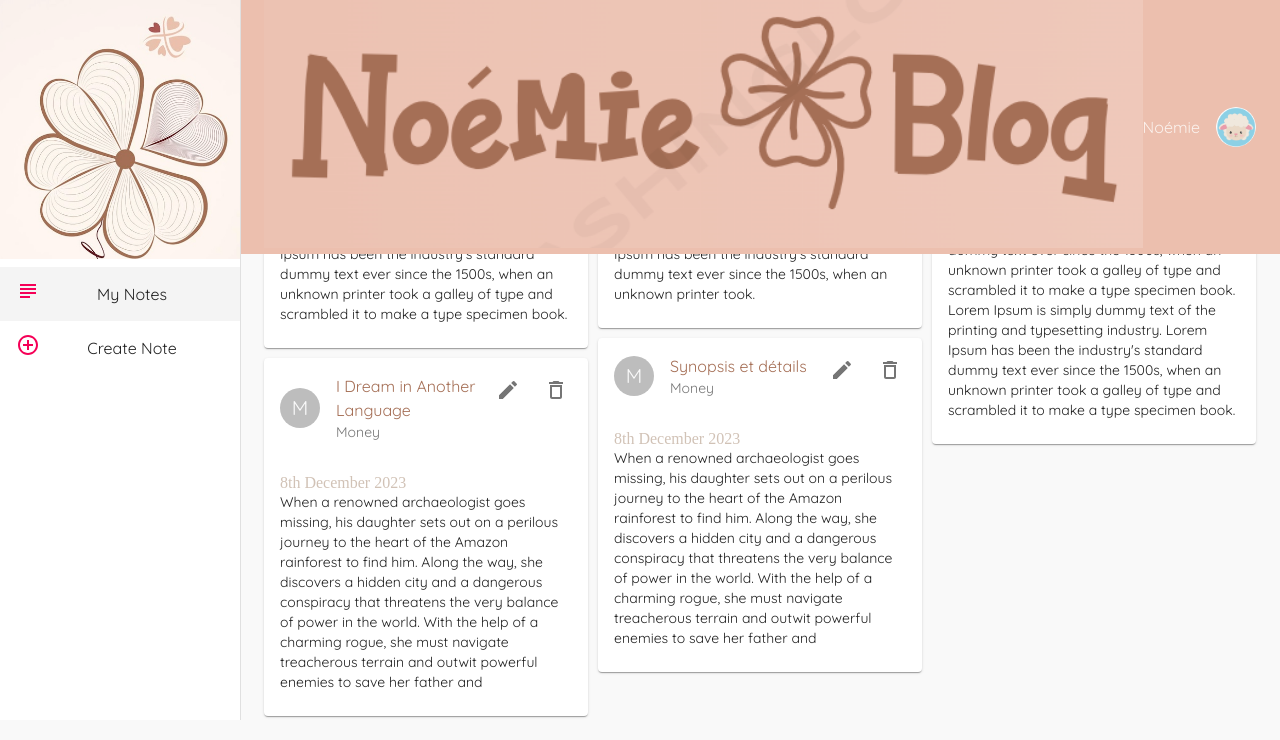
Repository: noemiepham/noemieblognote
Page: /
The author's editor kept a copy of each file at every save. The page is drawn from the files as they stood at one save, then again after the next save.
The browser window is 1280 px wide. The pictures show the whole page.
The project was rebuilt for these pictures with package versions that can differ from the ones it lists, and the page was loaded fresh each time. Requests to the local data server were answered from the project's data file. Also part of the build but not shown: src/pages/Create.js.

Above is the page before, as saved 2023-12-08 16:48:19.

After the next save:
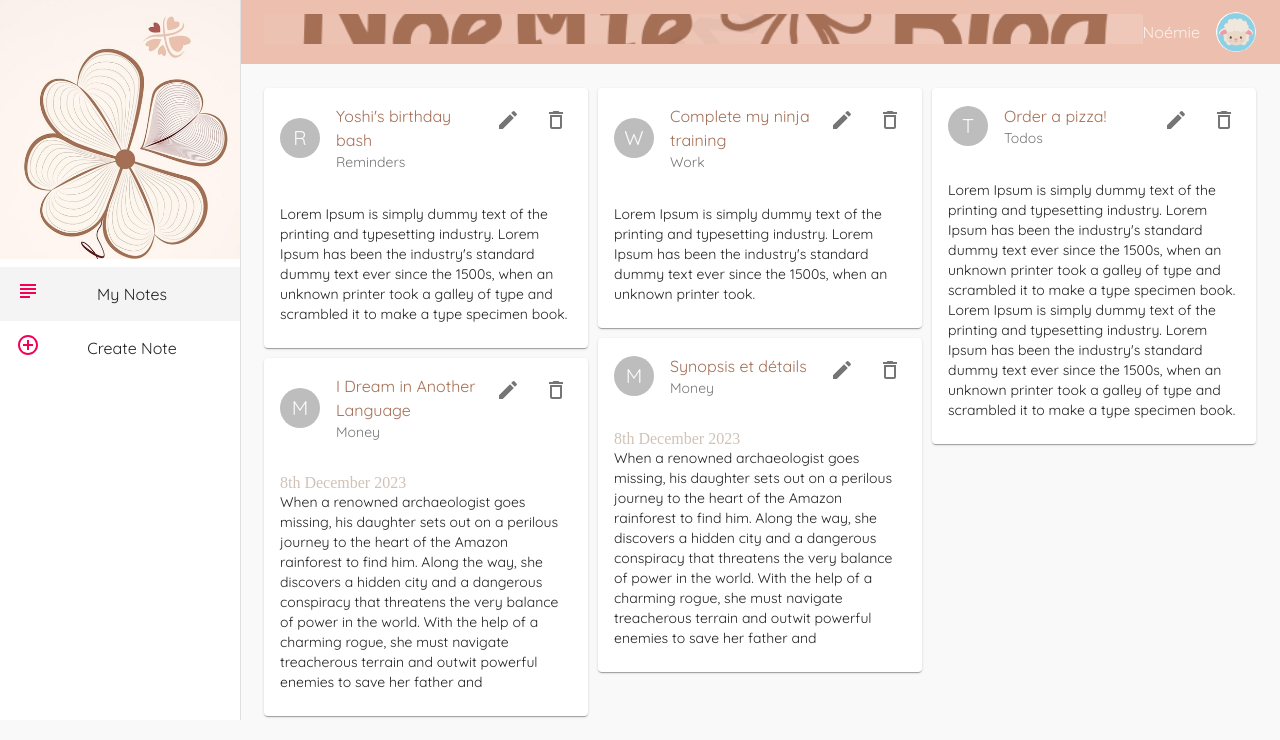
Saved 25 s later.
--- a/src/index.css
+++ b/src/index.css
@@ -37,7 +37,10 @@
      object-fit: cover;
 }
 
-
+.slogan {
+     width: 100%;
+     height: 30px;
+}
 
 header.MuiPaper-root.MuiAppBar-root.MuiAppBar-positionFixed.MuiAppBar-colorPrimary.makeStyles-appbar-7.mui-fixed.MuiPaper-elevation0 {
      background-color: #ecbfae;

After the 2 saves that followed:
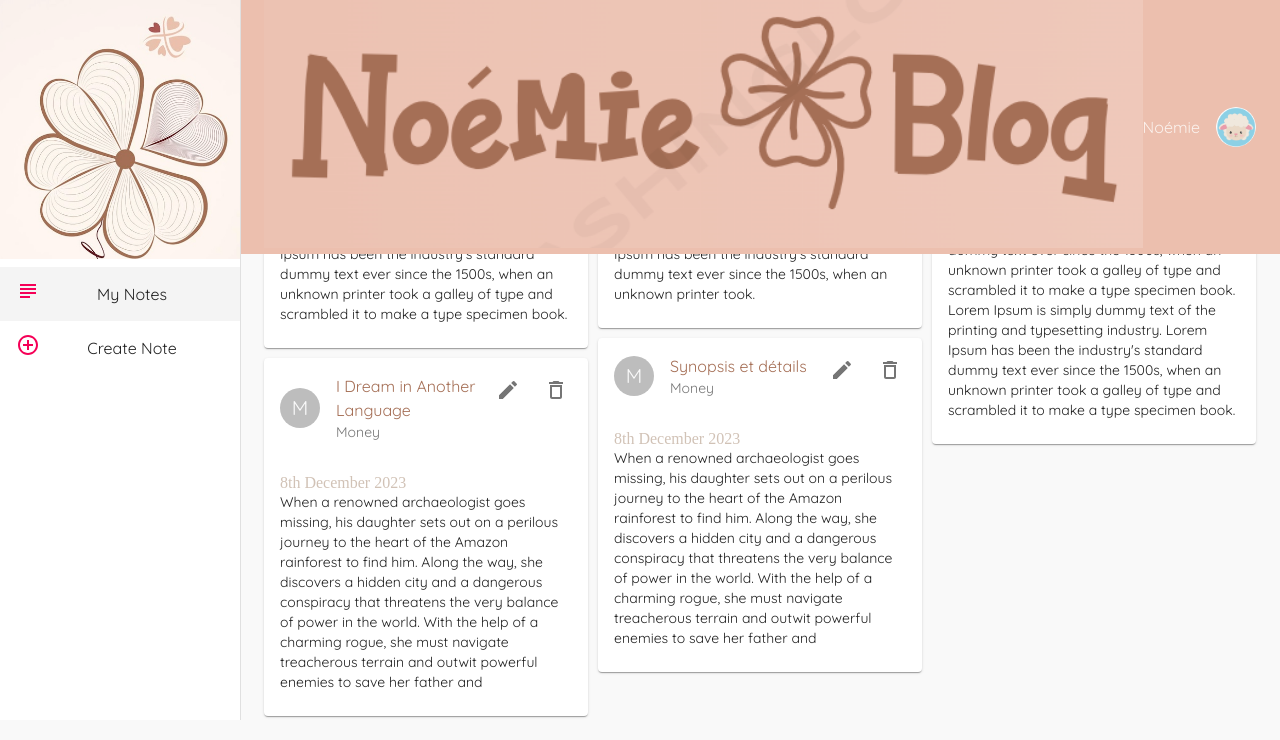
The 2 saves are shown as one change because 1 left the picture as it was.
The last was saved 38 s later.
--- a/src/index.css
+++ b/src/index.css
@@ -39,7 +39,8 @@
 
 .slogan {
      width: 100%;
-     height: 30px;
+     height: 100%;
+     object-fit: cover;
 }
 
 header.MuiPaper-root.MuiAppBar-root.MuiAppBar-positionFixed.MuiAppBar-colorPrimary.makeStyles-appbar-7.mui-fixed.MuiPaper-elevation0 {
